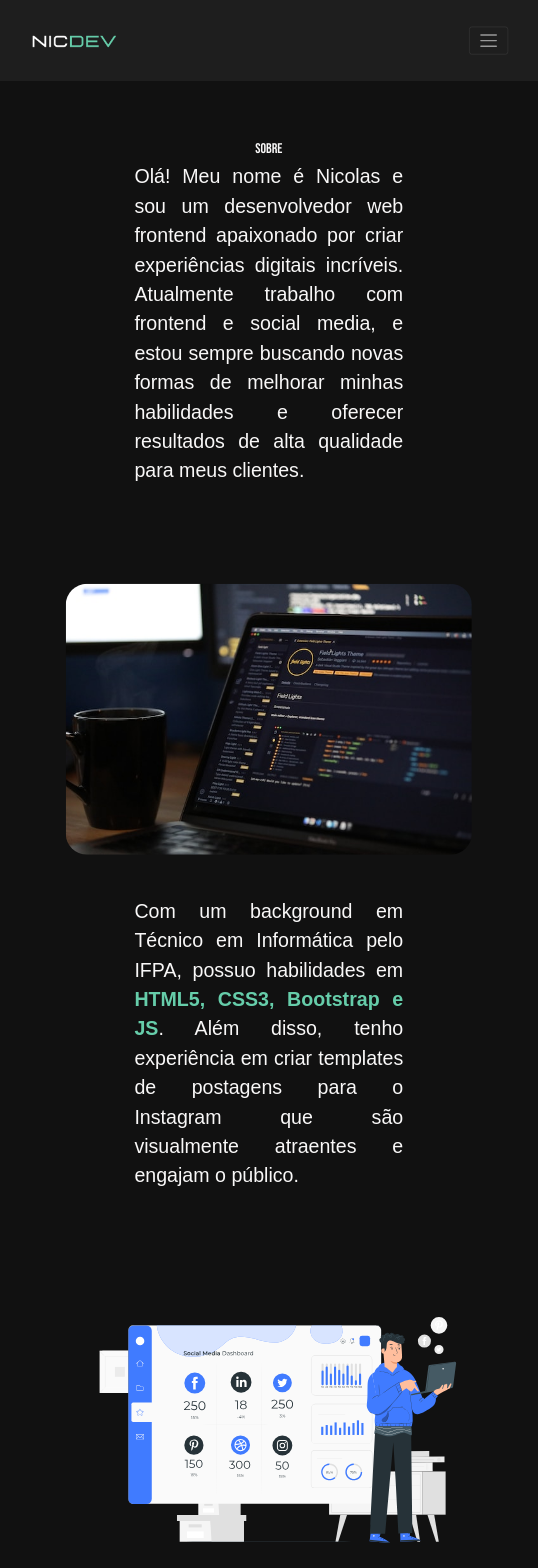
Repository: Leonngc/nicdev
Page: about.html
An editor plug-in stored every save of this project. The page is shown before and after a run of saves, followed by the edit.
The browser window is 768 px wide. The pictures show the part of the page from y = 0 to 2240 px (the page is 3609 px tall before and 2265 px after), at 70% of full size.
Some web libraries are served in a nearby version.

Above is the page before, as saved 2023-04-15 20:33:48.

### about.html
<html lang="pt-br">
<head>
    <meta charset="UTF-8">
    <meta http-equiv="X-UA-Compatible" content="IE=edge">
    <meta name="viewport" content="width=device-width, initial-scale=1.0">
    <title>nicdev - Sobre</title>
    <link href="https://cdn.jsdelivr.net/npm/bootstrap@5.0.2/dist/css/bootstrap.min.css" rel="stylesheet" integrity="sha384-EVSTQN3/azprG1Anm3QDgpJLIm9Nao0Yz1ztcQTwFspd3yD65VohhpuuCOmLASjC" crossorigin="anonymous">
    <link rel="stylesheet" href="styles/scrollbar.css">
    <link rel="stylesheet" href="styles/about.css">
    <link rel="stylesheet" href="styles/footer.css">
</head>
<body>

<header style="background-color: #1e1e1e; padding: 30px;" class="fixed-top">

        <nav class="navbar navbar-expand-lg navbar-dark">
            <div class="container-fluid">
              <a class="navbar-brand" href="index.html"><img src="images/nicdev-logo.png" alt="logo da NicDev" style="width: 130px"></a>
              <button class="navbar-toggler" type="button" data-bs-toggle="collapse" data-bs-target="#navbarNavDropdown" aria-controls="navbarNavDropdown" aria-expanded="false" aria-label="Toggle navigation">
                <span class="navbar-toggler-icon"></span>
              </button>
              <div class="collapse navbar-collapse justify-content-end" id="navbarNavDropdown">
                <ul class="navbar-nav ">
                  <li class="nav-item">
                    <a class="nav-link" href="index.html" target="_parent">Home</a>
                  </li>
                  <li class="nav-item">
                    <a class="nav-link active disabled" href="#">Sobre</a>
                  </li>
                  <li class="nav-item">
                    <a class="nav-link" href="projects.html" target="_parent">Projetos</a>
                  </li>

                  <li class="nav-item dropdown">
                    <a class="nav-link dropdown-toggle" href="#" id="navbarDropdownMenuLink" role="button" data-bs-toggle="dropdown" aria-expanded="false">
                      Contatos
                    </a>
                    <ul class="dropdown-menu" aria-labelledby="navbarDropdownMenuLink">
                      <li><a class="dropdown-item" href="#">WhatsApp <img src="images/whatsapp.png" alt="" class="redes-logo"></a></li>
                      <li><a class="dropdown-item" href="#">Email <img src="images/gmail (1).png" alt="" class="redes-logo"></a></li>
                      <li><a class="dropdown-item" href="#">Linkedin <img src="images/linkedin.png" alt="" class="redes-logo"></a></li>
                    </ul>
                  </li>
                </ul>
              </div>
            </div>
          </nav>
</header>


<main>

<h2>Sobre</h2>
<p>Olá! Meu nome é Nicolas e sou um desenvolvedor web frontend apaixonado por criar experiências digitais incríveis. Atualmente trabalho com frontend e social media, e estou sempre buscando novas formas de melhorar minhas habilidades e oferecer resultados de alta qualidade para meus clientes.</p>
<img src="images/desktopcode.jpg" alt="" class="main-img">

<p>Com um background em Técnico em Informática pelo IFPA, possuo habilidades em <strong>HTML5, CSS3, Bootstrap e JS</strong>. Além disso, tenho experiência em criar templates de postagens para o Instagram que são visualmente atraentes e engajam o público.</p>
<img src="images/Social Dashboard-pana.svg" alt="" class="main-img">
<p>Minha paixão pelo frontend vem da possibilidade de transformar ideias e conceitos em realidade. Adoro trabalhar em projetos que desafiam minha criatividade e me permitem encontrar soluções elegantes e funcionais para os problemas de design.</p>

<p>Estou sempre em busca de novos desafios e oportunidades para crescer e expandir minhas habilidades como desenvolvedor web frontend. Se você está procurando um profissional dedicado e apaixonado por frontend para o seu próximo projeto, entre em contato comigo!</p>
<a href=""><button type="button" class="btn btn-outline-success" style="width: 300px; font-size: 26px; margin-bottom: 40px;">Fale comigo</button></a>
</main>

<footer>
  <p><img src="images/gmail.png" alt=""><a href="">nicolasleongoncalvescorrea@gmail.com</a> <img src="images/linkedin.png" alt=""><a href="">Nicolas Leon</a> <img src="images/whatsapp.png" alt=""><a href="">(91) 8332-8035</a></p>
  <p class="rights">Nicolas Leon | 2023</p>
</footer>



    <script src="https://cdn.jsdelivr.net/npm/bootstrap@5.0.2/dist/js/bootstrap.bundle.min.js" integrity="sha384-MrcW6ZMFYlzcLA8Nl+NtUVF0sA7MsXsP1UyJoMp4YLEuNSfAP+JcXn/tWtIaxVXM" crossorigin="anonymous"></script>
</body>
</html>

### styles/scrollbar.css
body{
    overflow-x: hidden;
}
body::-webkit-scrollbar {
    width: 6px;               /* width of the entire scrollbar */
  }

  body::-webkit-scrollbar-track {
    background: rgb(5, 5, 5);        /* color of the tracking area */
  }

  body::-webkit-scrollbar-thumb {
    background-color: #4BC6B9;    /* color of the scroll thumb */
    border-radius: 20px;       /* roundness of the scroll thumb */
  }

  .redes-logo{
    width: 30px;
    padding: 6px;
  }

### styles/about.css
@import url('https://fonts.googleapis.com/css2?family=Bebas+Neue&display=swap'); /* CDN GOOGLE  FONT */
@import url('https://cdn-uicons.flaticon.com/uicons-solid-straight/css/uicons-solid-straight.css'); /* CDN ICON*/

*{
    max-width: 100vw;
}

:root{
 --bebas-neue : 'Bebas Neue', cursive;
}

main{
    margin-top: 200px;
}

body{
    max-width: 100vw;
    overflow-x: hidden;
    background-color: #111111;
    color: #f9f8f8;
}

main{
    text-align: center;
    margin-top: 200px;
}

h2{
    font-family: var(--bebas-neue), sans-serif;
    font-size: 40px;

}

main > p{
    width: 50vw;
    font-size: 28px;
    font-family: Arial, Helvetica, sans-serif;
    text-align: justify;
    margin: auto;
    padding-bottom: 80px;
}

strong{
    color: #66CDAA;
}

.main-img{
    padding: 60px;
    width: 700px;
    border-radius: 90px;
}

@media screen and (max-width:900px){
    h2{
        font-size: 20px;
    }

    main > p
}

### styles/footer.css
footer{
    background-color: #1e1e1e;;
    text-align: center;
    margin-top: 200px;
    padding: 15px;
    height: 13vh;
}

footer > p  a{
    padding: 10px;
    text-decoration: none;
    color: white;
    font-family: 'Lucida Sans', 'Lucida Sans Regular', 'Lucida Grande', 'Lucida Sans Unicode', Geneva, Verdana, sans-serif;
}

footer > p > a:hover{
    color: #66CDAA;
    transition: 1s;
}

.rights{
    color: white;
    font-family: 'Times New Roman', Times, serif;
}
 @media screen and (max-width:900px) {
    footer{
        margin-top: 100px;
        height: 16vh;

    }
    footer > p > a{
        color: #4bc6a3;
    }
 }

After the next 3 saves:
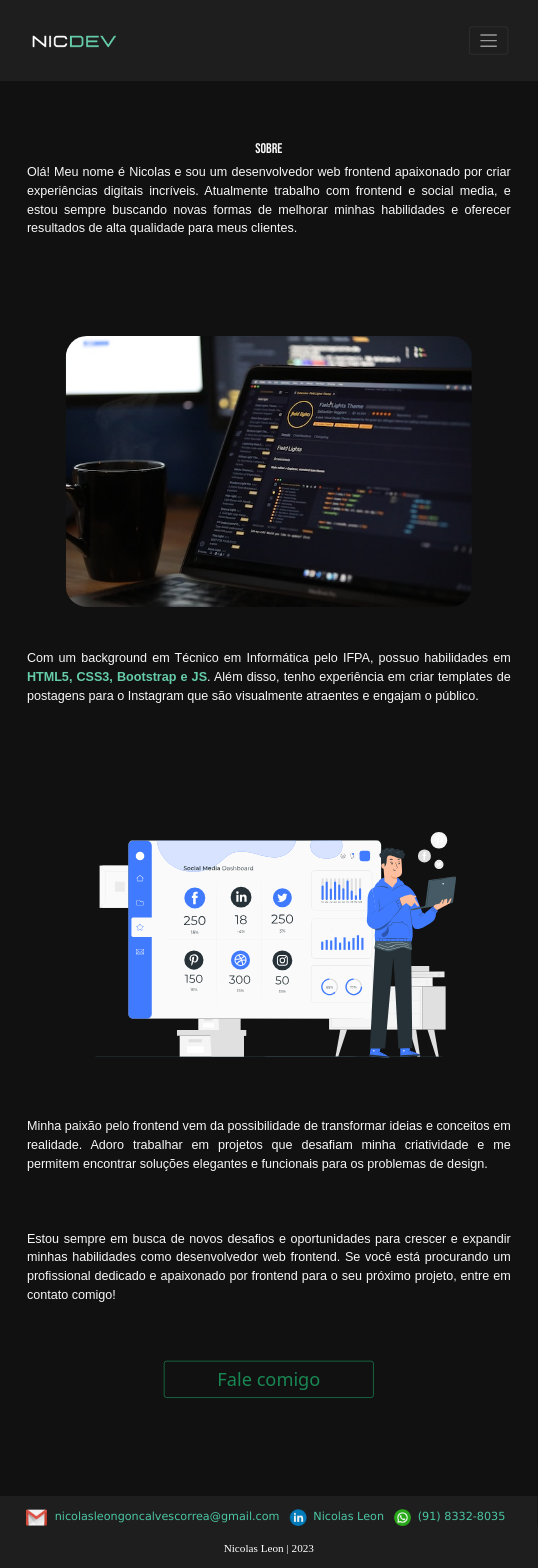
The 3 saves are shown as one change because they came seconds apart.
The last was saved 20 s later.
--- a/styles/about.css
+++ b/styles/about.css
@@ -55,5 +55,8 @@ strong{
         font-size: 20px;
     }
 
-    main > p
+    main > p{
+        width: 90vw;
+        font-size: 18px;
+    }
 }
